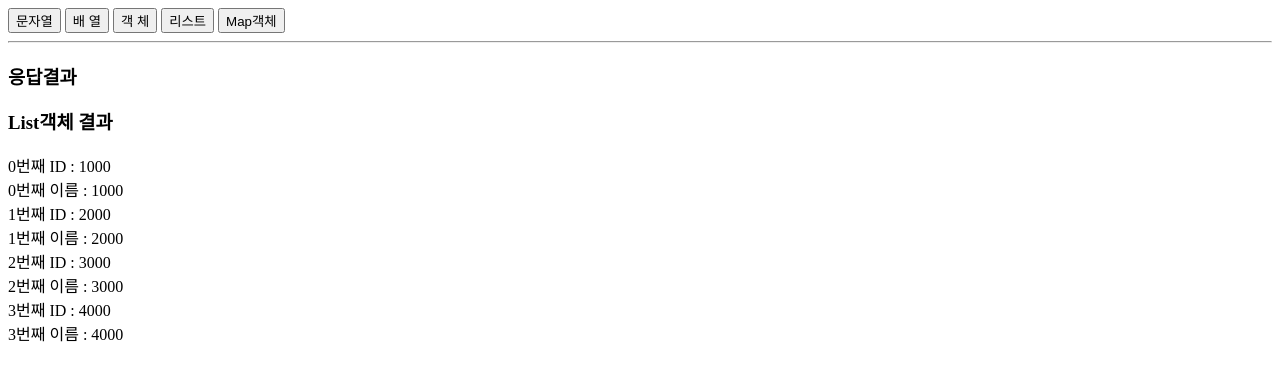
Repository: p2terkim/servletWork
Page: http://localhost/servletTest/basic/json/jsonTest.jsp
An editor plug-in stored every save of this project. The page is shown before and after the next save, followed by the edit.
The browser window is 1280 px wide. The pictures show the whole page.
After loading, the first visible `#listBtn` was clicked once.
The page is served by Tomcat 9. Other server files are loaded and not shown.

Above is the page before, as saved 2021-05-20 06:39:27.

### servletTest/WebContent/basic/json/jsonTest.jsp
<%@ page language="java" contentType="text/html; charset=UTF-8"
    pageEncoding="UTF-8"%>
<!DOCTYPE html>
<html>
<head>
<meta charset="UTF-8">
<title>JSON 데이터 Ajax로 처리하기</title>
<script type="text/javascript" src = "<%=request.getContextPath()%>/js/jquery-3.6.0.min.js"></script>

<script type="text/javascript">
$(function(){
	$("#strBtn").on("click", function(){
		$.ajax({
			url : "<%=request.getContextPath()%>/JSONTest.do",
			type : "post",
			data : "choice=str",
			success : function(data){
				$('#result').html(data);
			},
			dataType : "json"
		});
	});

	//--------------------------------------

	$("#arrayBtn").on("click", function(){
		$.ajax({
			url : "<%=request.getContextPath()%>/JSONTest.do",
			type : "post",
			data : "choice=array",
			success : function(data){

				var str = "";

				$.each(data, function(i, v){
					str += i + "번째 자료 : " + v + "<br>"
				});

				$('#result').html(str);
			},
			dataType : "json"
		});
	});

	//--------------------------------------

	$("#objBtn").on("click", function(){
		$.ajax({
			url : "<%=request.getContextPath()%>/JSONTest.do",
			type : "post",
			data : "choice=obj",
			success : function(data){

				var str = "<h3>SampleVO객체 결과</h3>";
				str += " ID : " + data.id + "<br>";
				str += " 이름 : " + data.name + "<br>";

				$('#result').html(str);
			},
			dataType : "json"
		});
	});

	//--------------------------------------

	$("#listBtn").on("click", function(){
		$.ajax({
			url : "<%=request.getContextPath()%>/JSONTest.do",
			type : "post",
			data : "choice=list",
			success : function(data){

				var str = "<h3>List객체 결과</h3>";
				$.each(data, function(i,v){
					str += i + "번째 ID : " + v.id + "<br>";
					str += i + "번째 이름 : " + v.id + "<br>";
				});

				$('#result').html(str);
			},
			dataType : "json"
		});
	});

	//--------------------------------------

	$("#mapBtn").on("click", function(){
		$.ajax({
			url : "<%=request.getContextPath()%>/JSONTest.do",
			type : "post",
			data : "choice=map",
			success : function(data){



				$('#result').html(str);
			},
			dataType : "json"
		});
	});


});

</script>
</head>
<body>

<form>
	<input type="button" id="strBtn" value="문자열">
	<input type="button" id="arrayBtn" value="배 열">
	<input type="button" id="objBtn" value="객 체">
	<input type="button" id="listBtn" value="리스트">
	<input type="button" id="mapBtn" value="Map객체">
</form>
<hr>
<h3>응답결과</h3>
<div id="result"></div>


</body>
</html>

### servletTest/src/kr/or/ddit/basic/json/JSONTestServlet.java
package kr.or.ddit.basic.json;

import java.io.IOException;
import java.io.PrintWriter;
import java.util.ArrayList;
import java.util.List;

import javax.servlet.ServletException;
import javax.servlet.annotation.WebServlet;
import javax.servlet.http.HttpServlet;
import javax.servlet.http.HttpServletRequest;
import javax.servlet.http.HttpServletResponse;

import com.google.gson.Gson;

@WebServlet("/JSONTest.do")
public class JSONTestServlet extends HttpServlet {
	private static final long serialVersionUID = 1L;

	protected void doGet(HttpServletRequest request, HttpServletResponse response) throws ServletException, IOException {

		request.setCharacterEncoding("utf-8");

		//응답을 json으로 보내기
		response.setCharacterEncoding("utf-8");
		response.setContentType("application/json); charset=utf-8");

		String choice = request.getParameter("choice");

		Gson gson = new Gson();	//JSON 라이브러리(Gson)객체 생성
		String jsonData = null;

		switch(choice) {
			case "str":
				String str = "안녕하세요.";
				jsonData = gson.toJson(str);	//데이터를 JSON 형태의 문자열로 변환한다.
				break;
			case "array":
				int[] arr = new int[] {10, 20, 30, 40, 50};
				jsonData = gson.toJson(arr);
				break;
			case "obj":	//SampleVO 클래스를 만들어서 사용한다.
				SampleVO sample = new SampleVO();
				sample.setId(100);
				sample.setName("홍길동");

				jsonData = gson.toJson(sample);
				break;
			case "list":
				List<SampleVO> samList = new ArrayList<SampleVO>();
				samList.add(new SampleVO(1000, "일지매"));
				samList.add(new SampleVO(2000, "홍길동"));
				samList.add(new SampleVO(3000, "성춘향"));
				samList.add(new SampleVO(4000, "강감찬"));

				jsonData = gson.toJson(samList);
				break;
			case "map":
				break;
		}

		//변환된 JSON 구조의 문자열을 출력해본다.
		System.out.println(choice + " : " + jsonData);

		//만들어진 JSON 문자열을 응답 데이터로 보내준다.
		PrintWriter out = response.getWriter();

		out.write(jsonData);

		out.flush();
		out.close();


	}

	protected void doPost(HttpServletRequest request, HttpServletResponse response) throws ServletException, IOException {
		doGet(request, response);
	}

}

### servletTest/src/kr/or/ddit/basic/json/SampleVO.java
package kr.or.ddit.basic.json;

public class SampleVO {
	private int id;
	private String name;

	//생성자1
	public SampleVO() {	}

	//생성자2
	public SampleVO(int id, String name) {
		super();
		this.id = id;
		this.name = name;
	}


	public int getId() {
		return id;
	}

	public void setId(int id) {
		this.id = id;
	}
	public String getName() {
		return name;
	}
	public void setName(String name) {
		this.name = name;
	}



}

Loaded but not shown: servletTest/WebContent/js/jquery-3.6.0.min.js (library)

After the next save:
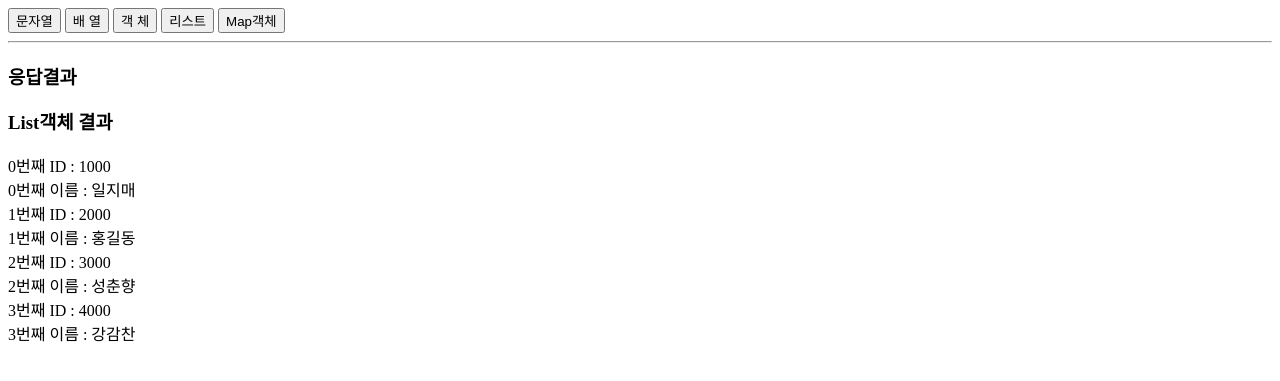
Saved 5 s later.
--- a/servletTest/WebContent/basic/json/jsonTest.jsp
+++ b/servletTest/WebContent/basic/json/jsonTest.jsp
@@ -73,7 +73,7 @@ $(function(){
 				var str = "<h3>List객체 결과</h3>";
 				$.each(data, function(i,v){
 					str += i + "번째 ID : " + v.id + "<br>";
-					str += i + "번째 이름 : " + v.id + "<br>";
+					str += i + "번째 이름 : " + v.name + "<br>";
 				});
 
 				$('#result').html(str);
